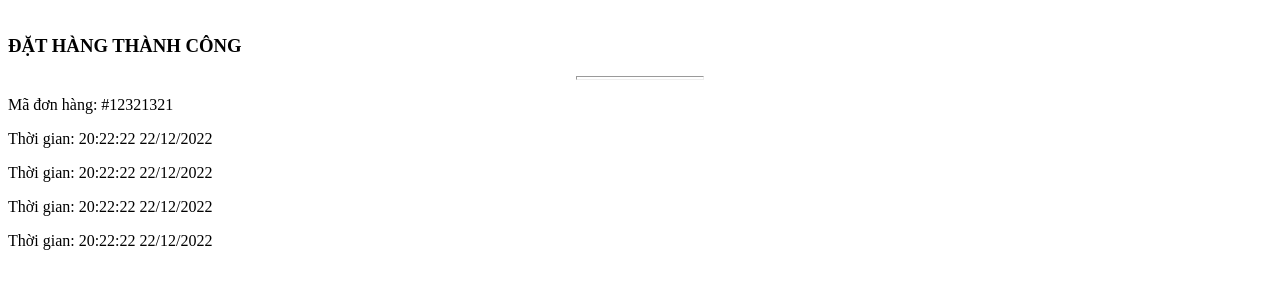
Repository: kienkiddo/BaiTapWebBanHang
Page: http://localhost/LapTrinhWebsite/home/view/thanks.jsp
An editor plug-in stored every save of this project. The page is shown before and after the next save, followed by the edit.
The browser window is 1280 px wide. The pictures show the whole page.
The page is served by Tomcat 9.

Above is the page before, as saved 2022-05-11 13:53:15.

After the next save:
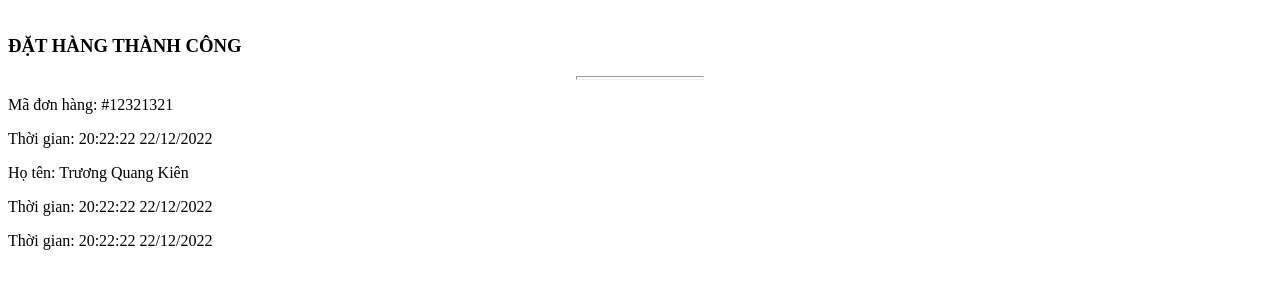
Saved 21 s later.
--- a/LapTrinhWebsite/src/main/webapp/home/view/thanks.jsp
+++ b/LapTrinhWebsite/src/main/webapp/home/view/thanks.jsp
@@ -15,7 +15,7 @@
 					Thời gian: <span class="font-weight-bold">20:22:22 22/12/2022</span>
 				</p>
 				<p class="mb-0">
-					Thời gian: <span class="font-weight-bold">20:22:22 22/12/2022</span>
+					Họ tên: <span class="font-weight-bold">Trương Quang Kiên</span>
 				</p>
 				<p class="mb-0">
 					Thời gian: <span class="font-weight-bold">20:22:22 22/12/2022</span>
